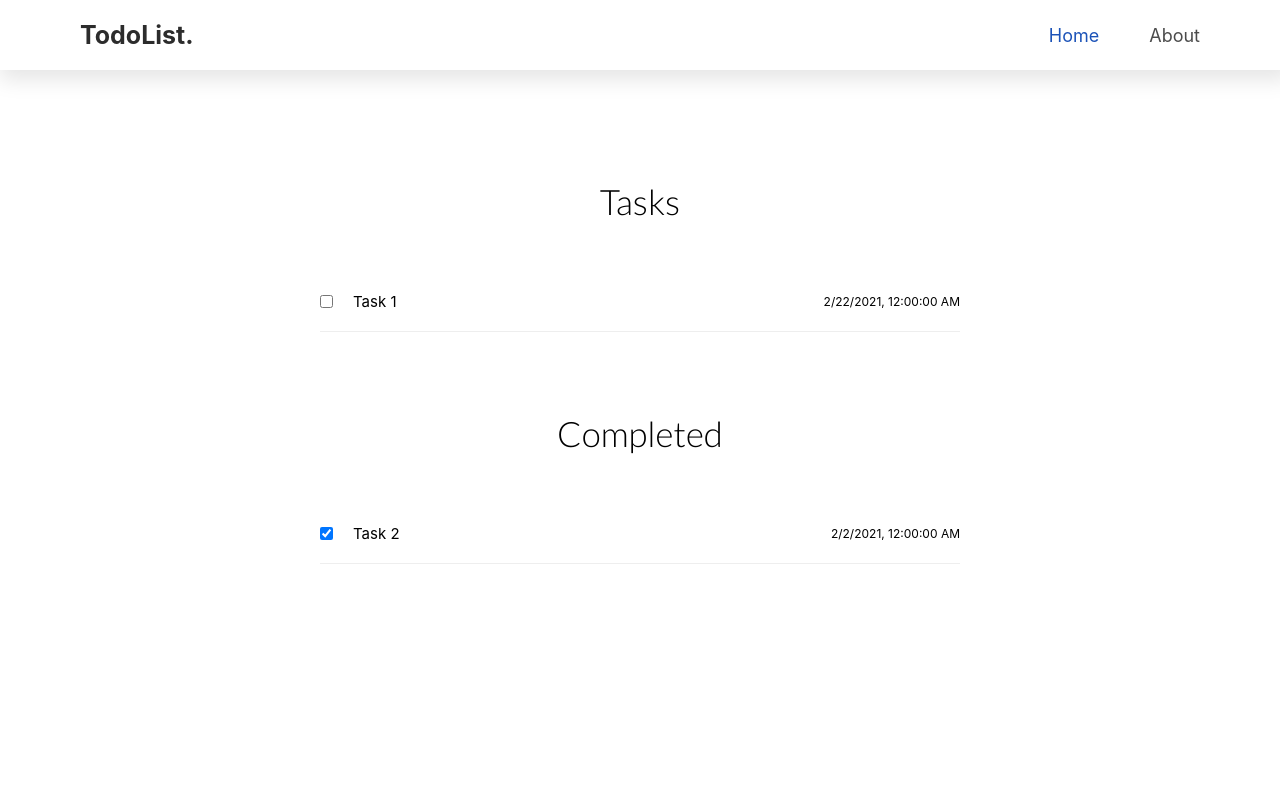
Repository: dqhuy153/react-todoList
Page: /
An editor plug-in stored every save of this project. The page is shown before and after the next save, followed by the edit.
The browser window is 1280 px wide. The pictures show the whole page.
The project was rebuilt for these pictures with package versions that can differ from the ones it lists, and the page was loaded fresh each time. Also part of the build but not shown: src/components/UI/LoadingSpinner.module.scss.

Above is the page before, as saved 2021-09-16 21:46:19.

After the next save:
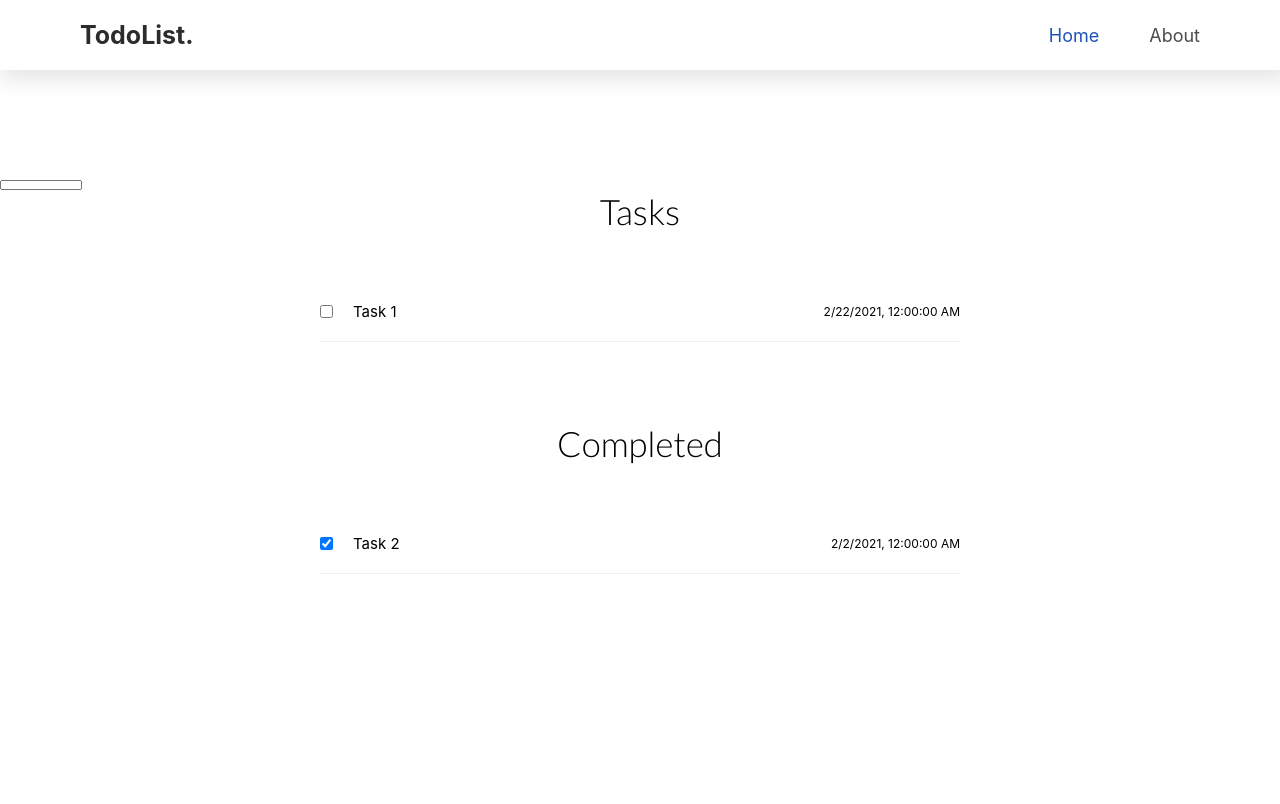
Saved 7 min 45 s later.
--- a/src/components/pages/Home.js
+++ b/src/components/pages/Home.js
@@ -34,6 +34,7 @@
 
   return (
     <div className={styles.container}>
+      <input />
       <h1>Tasks</h1>
       <TodoList
         items={todoList.filter((i) => i.completed === false)}

After the save that followed:
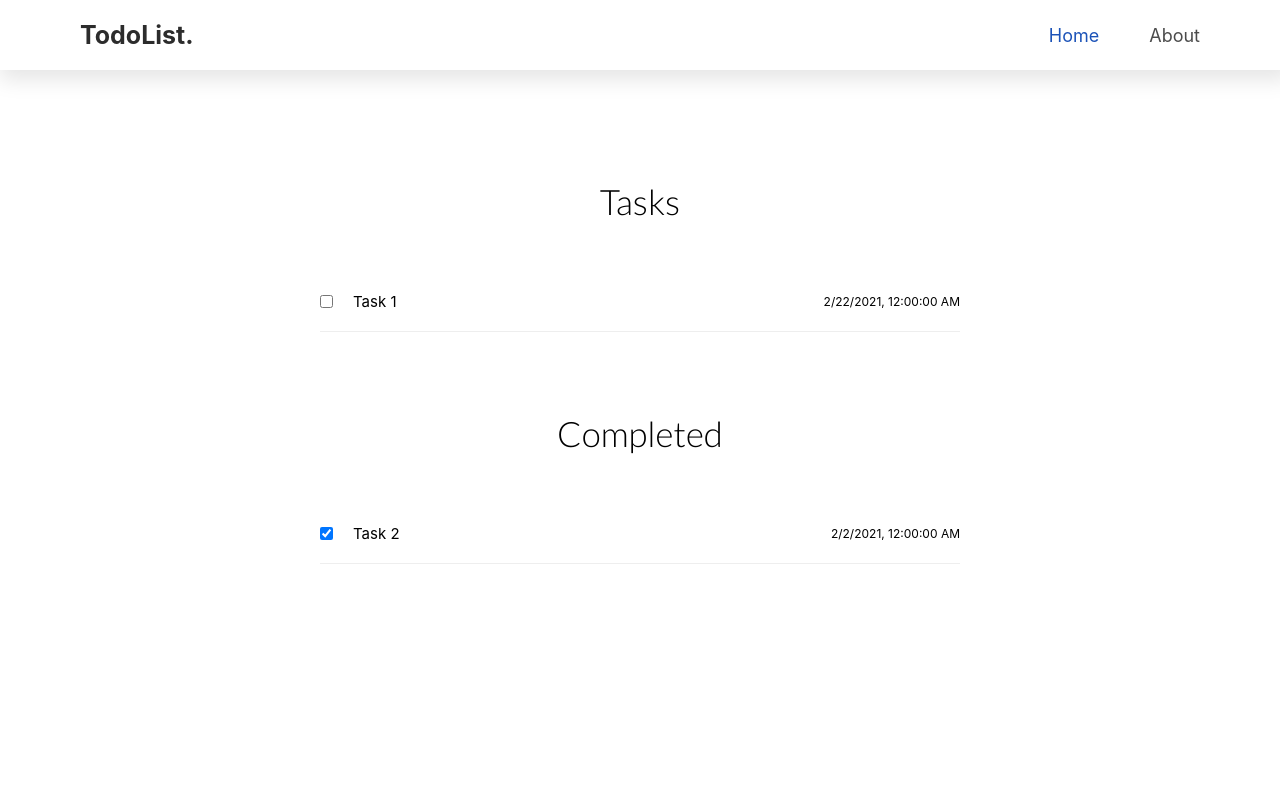
Saved 31 s later.
--- a/src/components/pages/Home.js
+++ b/src/components/pages/Home.js
@@ -34,7 +34,6 @@
 
   return (
     <div className={styles.container}>
-      <input />
       <h1>Tasks</h1>
       <TodoList
         items={todoList.filter((i) => i.completed === false)}
